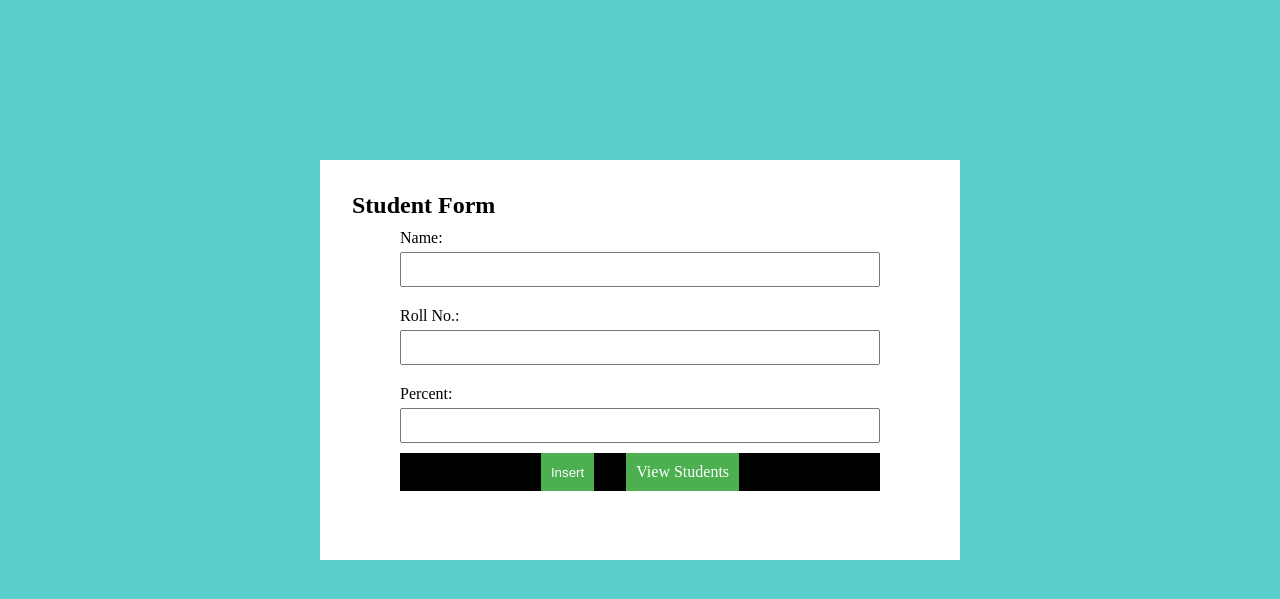
Repository: deeptimahisare1206/Todo_List
Page: http://localhost/Hib_Nest/
The author's editor kept a copy of each file at every save. The page is drawn from the files as they stood at one save, then again after the next save.
The browser window is 1280 px wide. The pictures show the whole page.
The page is served by Tomcat 10. Other server files are loaded and not shown.

Above is the page before, as saved 2024-11-17 16:12:18.

### Hib_Nest/src/main/webapp/index.jsp
<%@ page language="java" contentType="text/html; charset=UTF-8"
	pageEncoding="UTF-8"%>
<html>
<head>
<style>
*{
margin:0;
padding:0;
box-sizing: border-box;

}
body {
display:grid;
place-items:center;
	background-color: #5acdcd;
	gap: 2rem;
	height: 100vh;
}

.container{
padding:2rem;
	background-color: white;
	height: 25rem;
	width:50vw;
}

form {
    width: 30rem;
    margin: 0 auto;
}

label {
    display: block;
    margin: 10px 0 5px;
}

input[type="text"],
input[type="number"] {
    width: 100%;
    padding: 8px;
    margin-bottom: 10px;
}

input[type="submit"] ,a{
    background-color: #4CAF50;
    color: white;
    padding: 10px;
    border: none;
    cursor: pointer;
    text-decoration: none;
}

input[type="submit"]:hover {
    background-color: #45a049;
}
.btns{
width: 100%;
background-color: black;
display: flex;
gap:2rem;
justify-content:center;
}
</style>
</head>
<body>
<div class="container">
	<h2>Student Form</h2>

	<form action="Register" method="get">
		<label>Name:</label><input type="text" name="name"><label>Roll
			No.: </label> <input type="number" name="roll"> <label>Percent:
		</label><input type="number" name="percent">
		<div class="btns"> <input type="submit"
			value="Insert">
			<a href="Display.jsp">View Students</a></div>
	</form>
	</div>
</body>
</html>

After the next save:
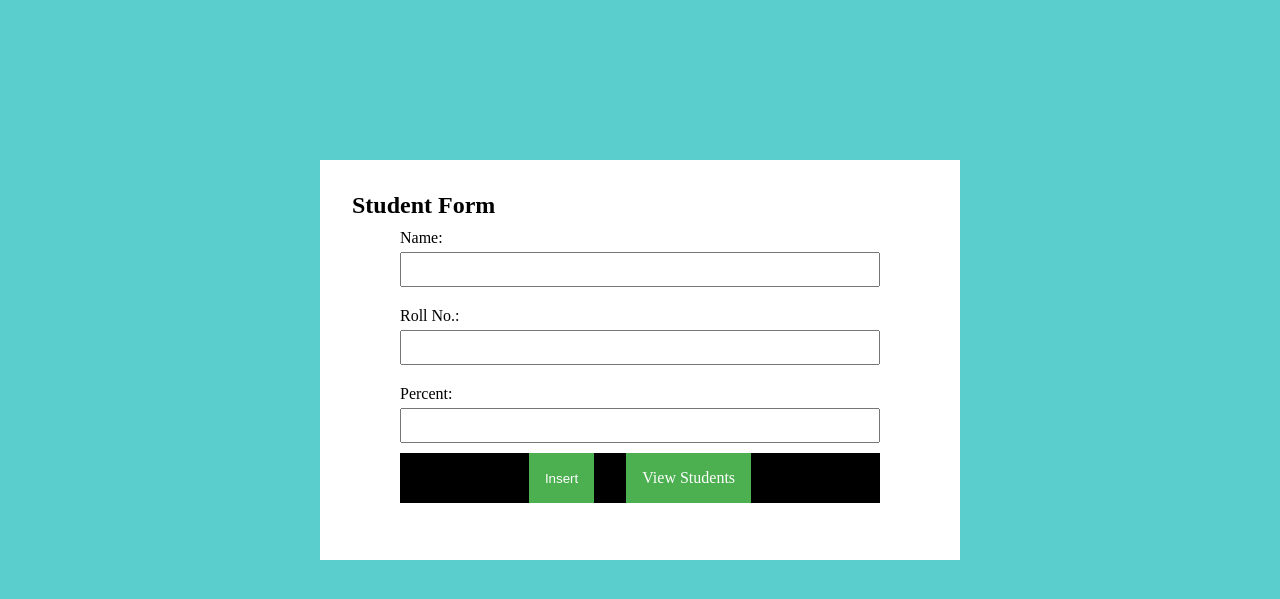
Saved 28 s later.
--- a/Hib_Nest/src/main/webapp/index.jsp
+++ b/Hib_Nest/src/main/webapp/index.jsp
@@ -44,7 +44,8 @@ input[type="number"] {
 input[type="submit"] ,a{
     background-color: #4CAF50;
     color: white;
-    padding: 10px;
+
+    padding: 1rem;
     border: none;
     cursor: pointer;
     text-decoration: none;
